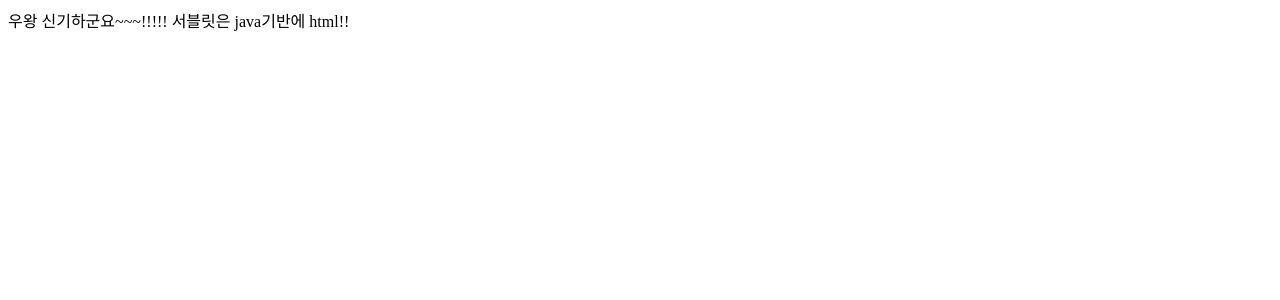
Repository: BbongLee/JSPstudy
Page: http://localhost/StartJSP/HelloServlet
These files come from the project's save history. The page is drawn as it stood at one moment and after the next save; the edit follows.
The browser window is 1280 px wide. The pictures show the whole page.
The page is served by Tomcat 9.

Above is the page before, as saved 2018-03-08 05:01:44.

After the next save:
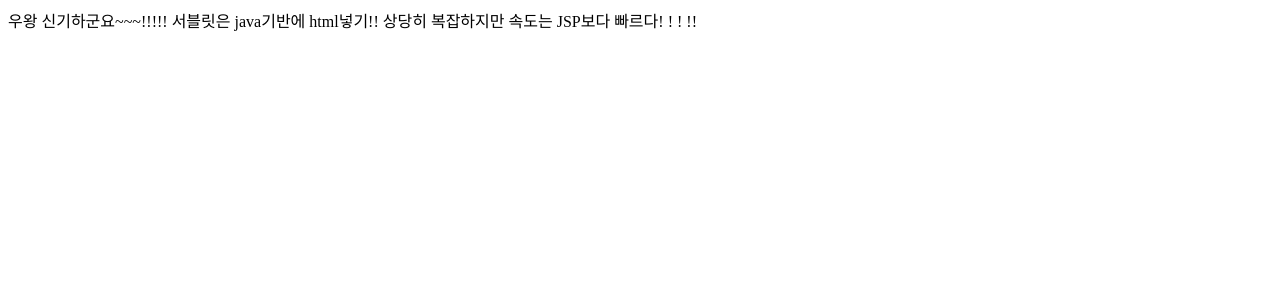
Saved 2 min 51 s later.
--- a/StartJSP/src/HelloServlet.java
+++ b/StartJSP/src/HelloServlet.java
@@ -37,7 +37,7 @@
 			out.println("<html>");
 			out.println("<head><title>서블릿 연습</title></head>");
 			out.println("<body>");
-			out.println("우왕 신기하군요~~~!!!!! 서블릿은 java기반에 html!! ");
+			out.println("우왕 신기하군요~~~!!!!! 서블릿은 java기반에 html넣기!! 상당히 복잡하지만 속도는 JSP보다 빠르다! ! ! !!");
 			out.println("</body>");
 			out.println("</html>");
 		}catch(Exception e) {
